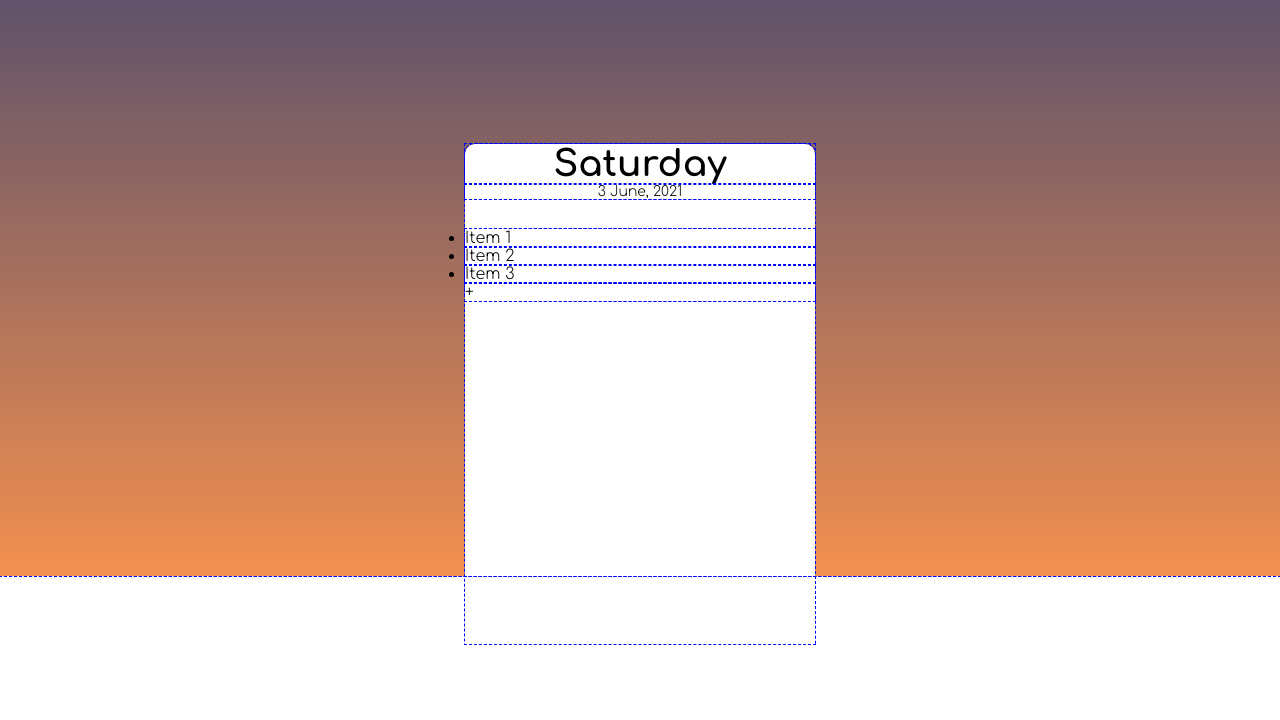
Repository: Colo-Codes/mini-projects
Page: todo-app/index.html
The author's editor kept a copy of each file at every save. The page is drawn from the files as they stood at one save, then again after the next save.
The browser window is 1280 px wide. The pictures show the whole page.

Above is the page before, as saved 2021-07-04 11:12:13.

After the next save:
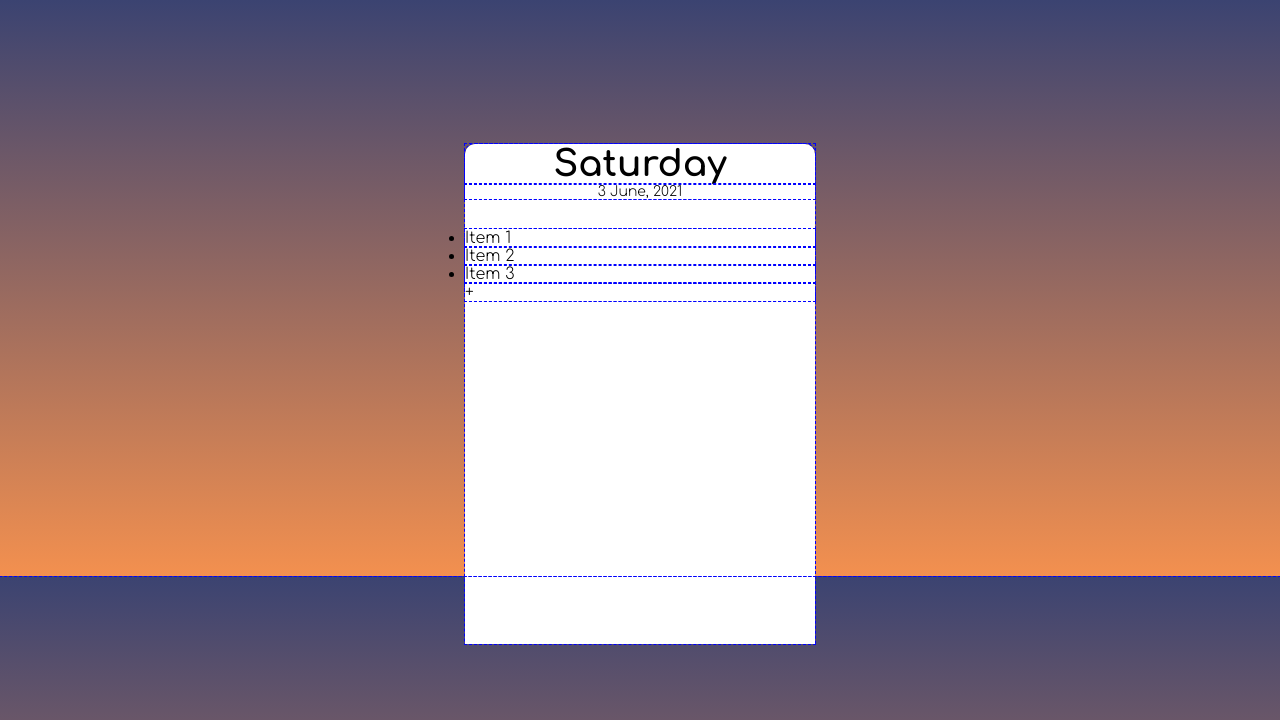
Saved 12 s later.
--- a/todo-app/css/index.css
+++ b/todo-app/css/index.css
@@ -18,12 +18,6 @@ html {
 
 body {
     font-family: 'Comfortaa', cursive;
-}
-
-.changing-background {
-    height: 100vh;
-    margin-top: -20vh;
-    padding-top: 20vh;
     background: #f3904f; /* fallback for old browsers */
     background: -webkit-linear-gradient(
         to bottom,
@@ -35,6 +29,12 @@ body {
         #3b4371,
         #f3904f
     ); /* W3C, IE 10+/ Edge, Firefox 16+, Chrome 26+, Opera 12+, Safari 7+ */
+}
+
+.changing-background {
+    height: 100vh;
+    margin-top: -20vh;
+    padding-top: 20vh;
 }
 
 .todo {
